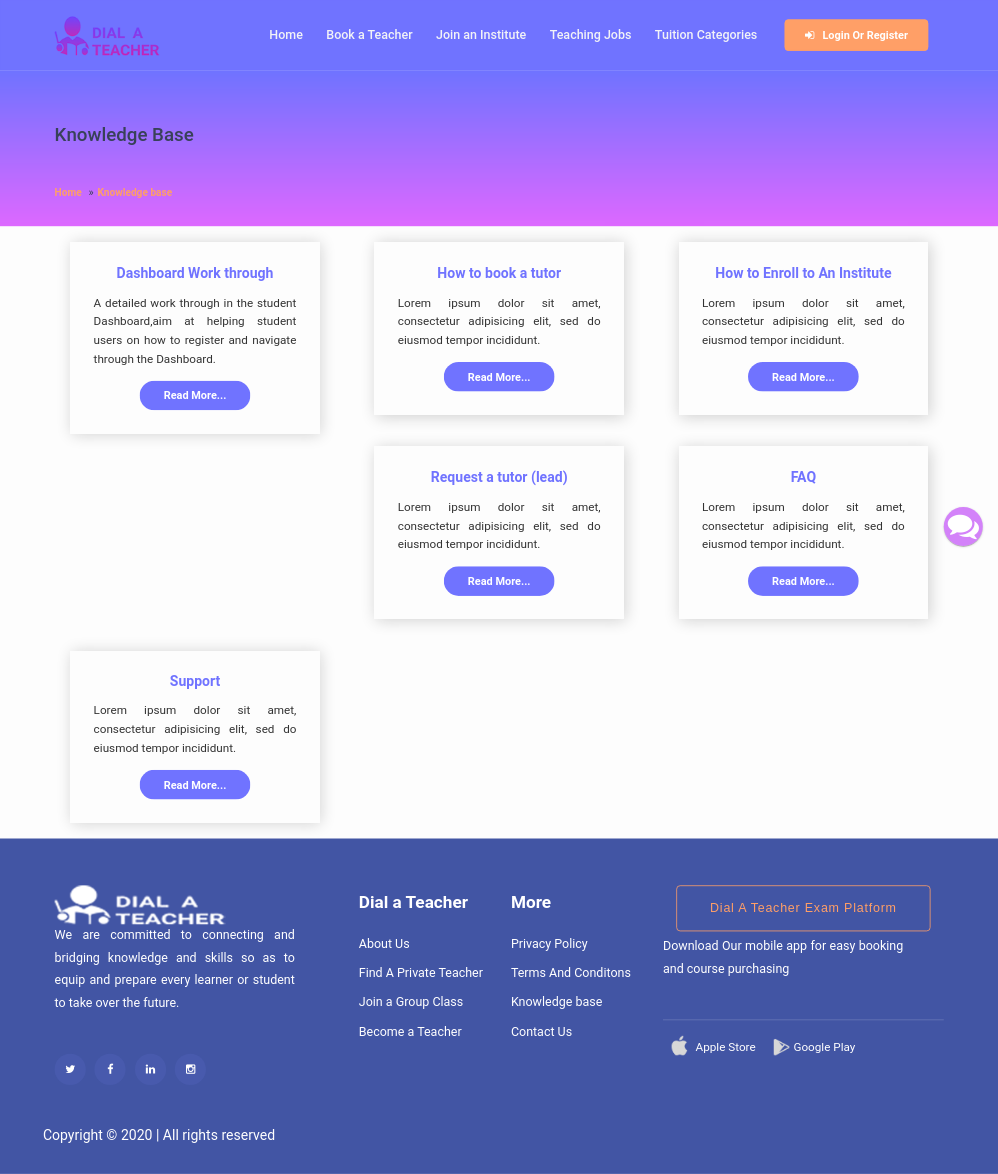
Repository: Samkiroko/DAT_knowledge
Page: stdashboard.html
An editor plug-in stored every save of this project. The page is shown before and after the next save, followed by the edit.
The browser window is 1280 px wide. The pictures show the whole page, at 78% of full size.

Above is the page before, as saved 2020-12-15 12:31:42.
Console error: TypeError: e.indexOf is not a function

After the next save:
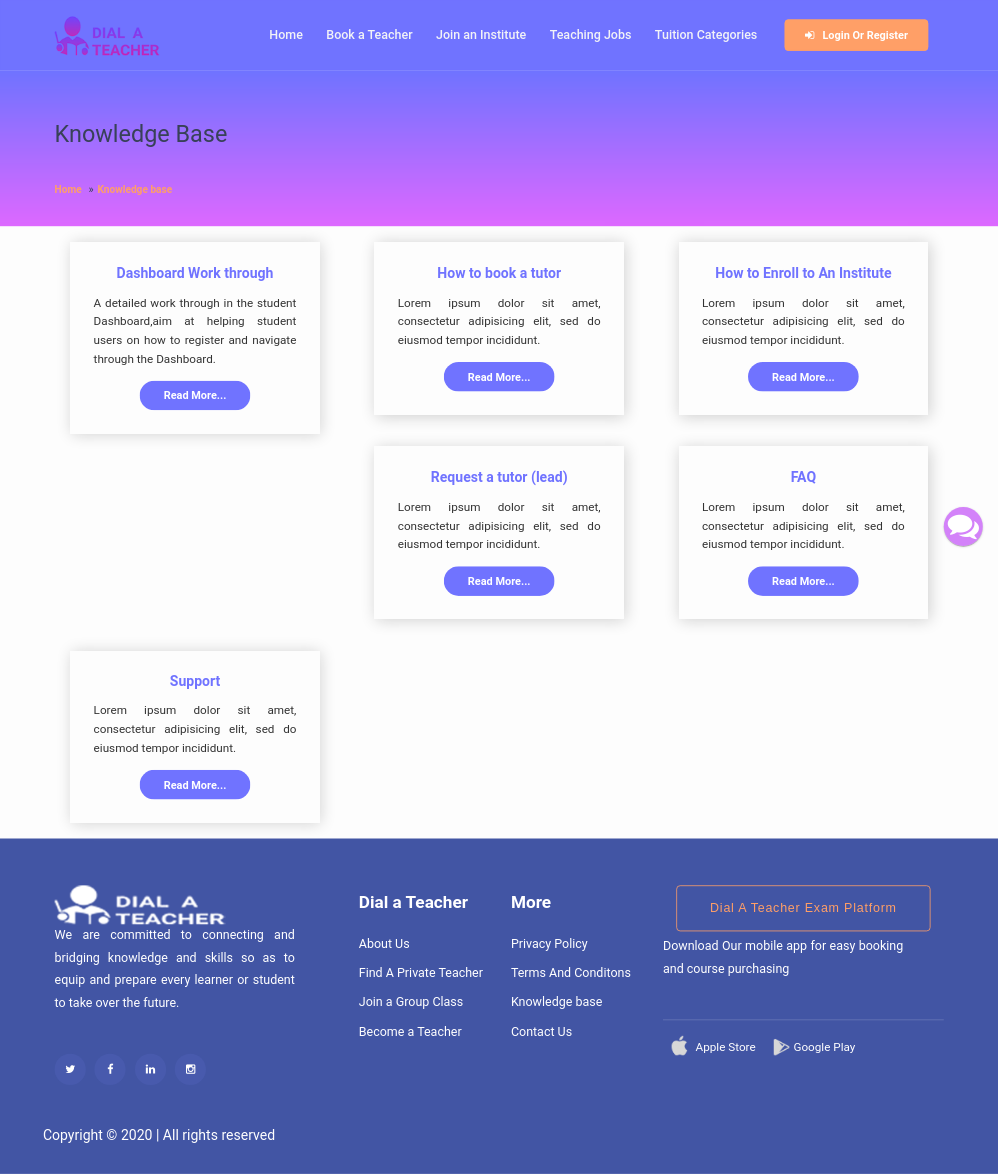
Saved 16 s later.
--- a/stdashboard.html
+++ b/stdashboard.html
@@ -96,9 +96,9 @@
             <div class="row">
               <div class="col-xl-8 col-lg-11 col-md-12">
                 <div class="hero__caption hero__caption2">
-                  <h3 data-animation="bounceIn" data-delay="0.2s">
+                  <h2 data-animation="bounceIn" data-delay="0.2s">
                     Knowledge Base
-                  </h3>
+                  </h2>
                   <!-- breadcrumb Start-->
                   <nav aria-label="breadcrumb">
                     <ol class="breadcrumb">
